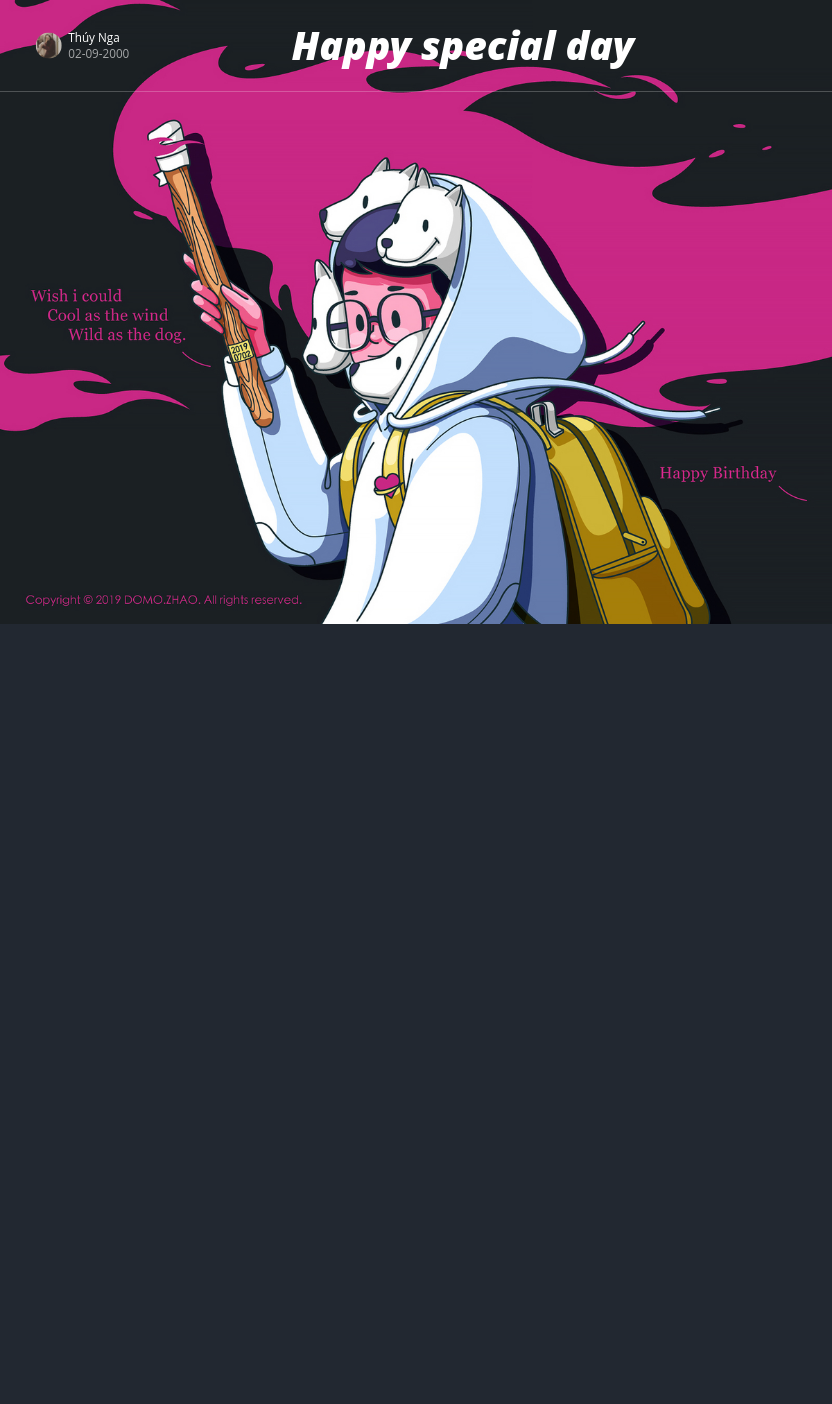
Repository: Datt21/p-happyB
Page: index.html
An editor plug-in stored every save of this project. The page is shown before and after the next save, followed by the edit.
The browser window is 1280 px wide. The pictures show the whole page, at 65% of full size.
Some icons come from a web library that is not loaded, so they are not drawn.

Above is the page before, as saved 2021-08-31 04:57:41.

### index.html
<!DOCTYPE html>
<html lang="en">
<head>
    <meta charset="UTF-8">
    <meta http-equiv="X-UA-Compatible" content="IE=edge">
    <meta name="viewport" content="width=device-width, initial-scale=1.0">
    <title>Document</title>
    <link rel="stylesheet" href="https://unicons.iconscout.com/release/v4.0.0/css/line.css">
    <link rel="stylesheet" href="./app.css">
</head>
<body>
<div class="wrapper">
    <header class="header">
        <div class="container">
            <div class="header-main">
                <div class="header-info">
                    <img src="./images/lemon.jpg" alt="" class="img-logo">
                    <div class="info">
                        <div class="info-name">Thúy Nga</div>
                        <div class="birth-day">02-09-2000 <i class="uil uil-users-alt"></i> </div>
                    </div>
                </div>

                <div class="menu">
                    <span class="text">Happy special day</span>
                </div>

                <div class="icon-gift">
                    <a href=""><i class="uil uil-gift"></i></a>
                </div>
            </div>
        </div>
    </header>
</div>
    <script src="./app.js"></script>
</body>
</html>

### app.css
html {
    box-sizing: border-box;
}

* {
    margin: 0;
    padding: 0;
}

*,
*:before,
*:after {
    box-sizing: border-box;
}

a {
    text-decoration: none;
}

img {
    display: block;
    max-width: 100%;
}

html {
    scroll-behavior: smooth;
}

body {
    font-family: "Open sans", sans-serif;
    font-size: 18px;
    line-height: 1;
    color: white;
    background-color: #222831;
    overflow-x: hidden;
}

.wrapper {
    max-width: 1920px;
    margin: 0 auto;
    background: url("../images/banner.jpg") no-repeat top/100%;
    min-height: 300vh;
}

main {
    min-height: 200vh;
}
.container {
    max-width: 1200px;
    margin: 0 auto;
    padding: 0 15px;
}

.header {
    border-bottom: 1px solid rgba(255, 255, 255, 0.3);
}
.header-main {
    display: flex;
    justify-content: space-between;
    align-items: center;
    padding: 40px 0;
}
.header-info {
    display: flex;
    align-items: center;
    gap: 0 10px;
}

.img-logo {
    width: 40px;
    height: 40px;
    border-radius: 50%;
}

.info-name {
    padding-bottom: 8px;
}
.birth-day {
    opacity: 0.6;
}

.menu .text {
    font-style: italic;
    font-size: 60px;
    font-weight: 800;
}

Loaded but not shown: app.js (no copy from this time; the picture is the same without it)

After the next save:
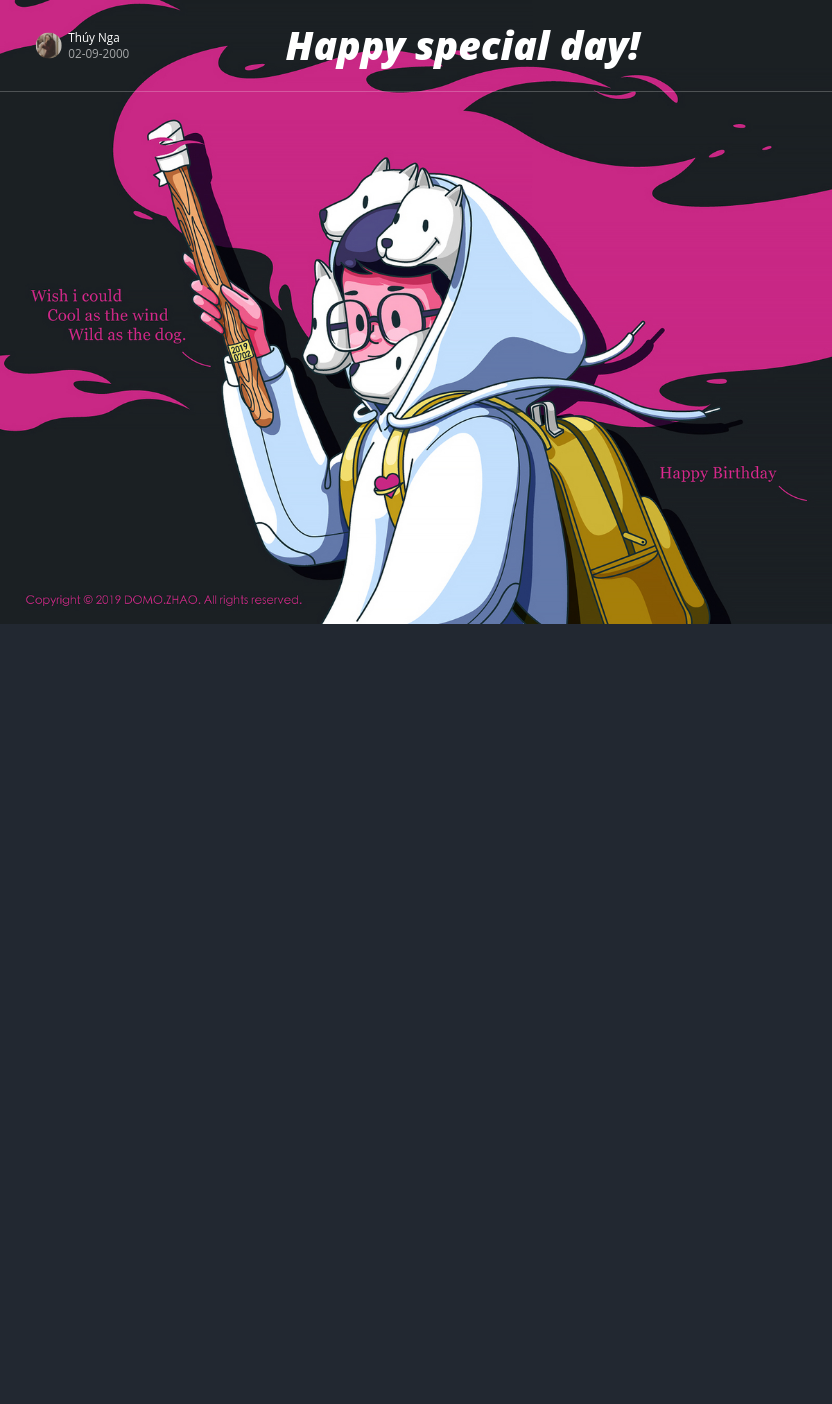
Saved 13 s later.
--- a/index.html
+++ b/index.html
@@ -22,7 +22,7 @@
                 </div>
 
                 <div class="menu">
-                    <span class="text">Happy special day</span>
+                    <span class="text">Happy special day!</span>
                 </div>
 
                 <div class="icon-gift">
